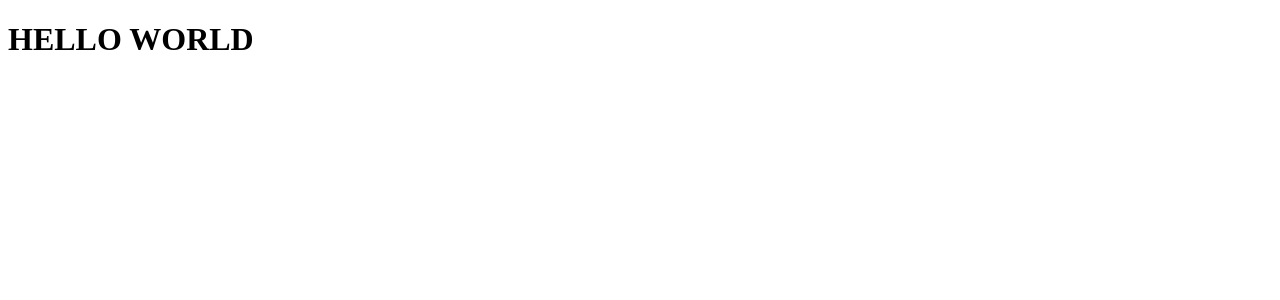
Repository: Hasib001/WEBD6201---W2021---ICE-1
Page: index.html
The author's editor kept a copy of each file at every save. The page is drawn from the files as they stood at one save, then again after the next save.
The browser window is 1280 px wide. The pictures show the whole page.

Above is the page before, as saved 2021-01-22 18:41:12.

### index.html
<!DOCTYPE html>
<html lang="en">
<head>
    <meta charset="UTF-8">
    <meta name="viewport" content="width=device-width, initial-scale=1.0">
    <title>Hello World</title>
    <!--CSS Section -->
    <link rel="stylesheet" href="./Content/app.css" >
</head>
<body>
    <!--JAvascript section-->
    <script src="./Scripts/app.js" > </script>
    <div>
        <h1>HELLO WORLD</h1>
    </div>
</body>
</html>

### Content/app.css
/* css code goes here */

### Scripts/app.js
/* custom javaScript code goes here */

After the next save:
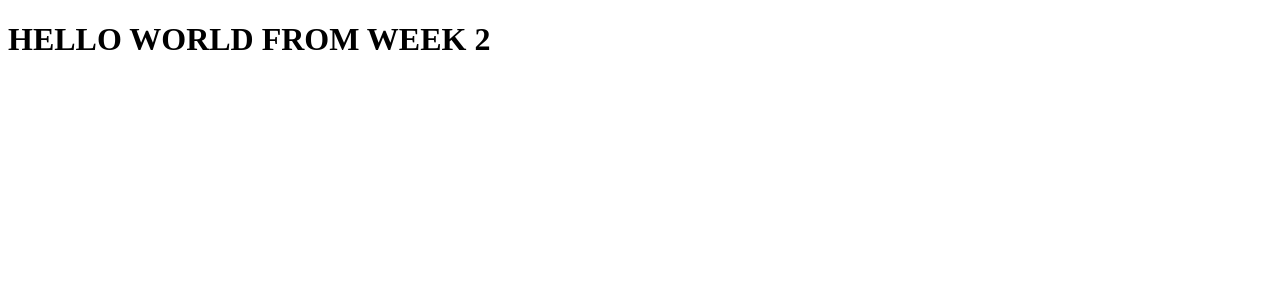
Saved 7 s later.
--- a/index.html
+++ b/index.html
@@ -11,7 +11,7 @@
     <!--JAvascript section-->
     <script src="./Scripts/app.js" > </script>
     <div>
-        <h1>HELLO WORLD</h1>
+        <h1>HELLO WORLD FROM WEEK 2</h1>
     </div>
 </body>
 </html>
